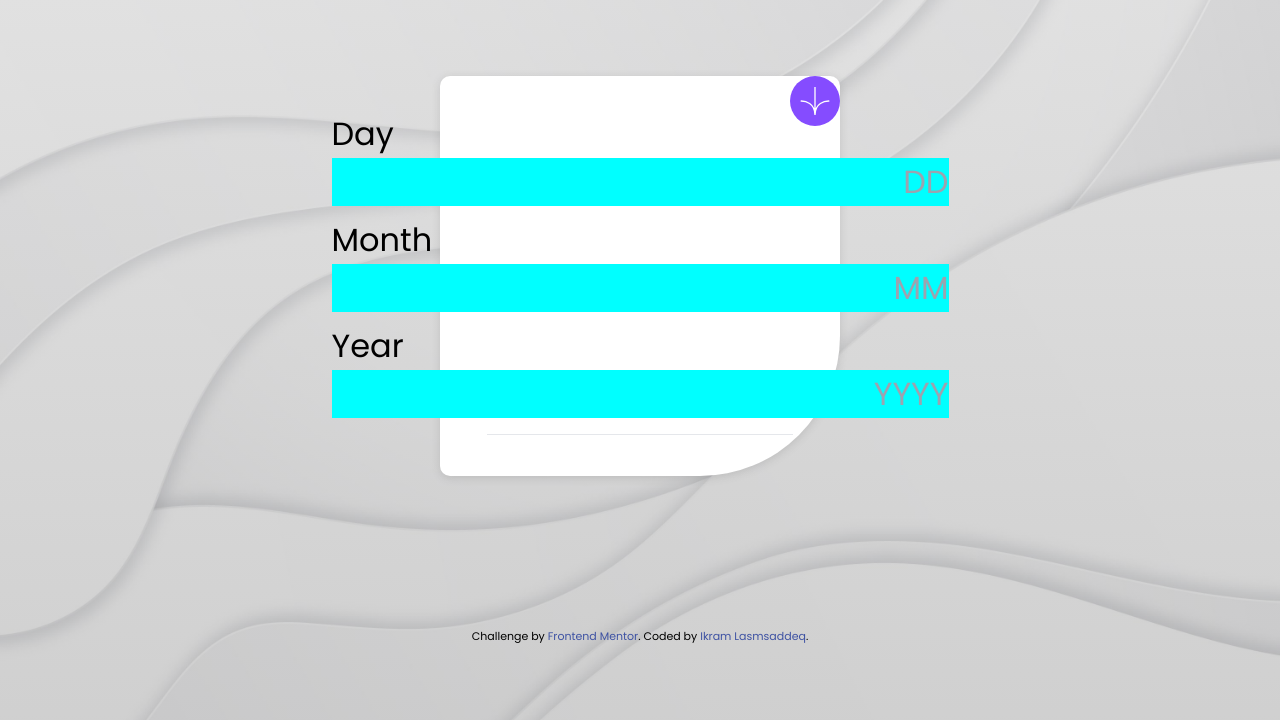
Repository: ikram-lisa/age-display
Page: /
The author's editor kept a copy of each file at every save. The page is drawn from the files as they stood at one save, then again after the next save.
The browser window is 1280 px wide. The pictures show the whole page.
Some web libraries are served in a nearby version. The project was rebuilt for these pictures with package versions that can differ from the ones it lists, and the page was loaded fresh each time.

Above is the page before, as saved 2024-04-30 23:29:49.

After the next save:
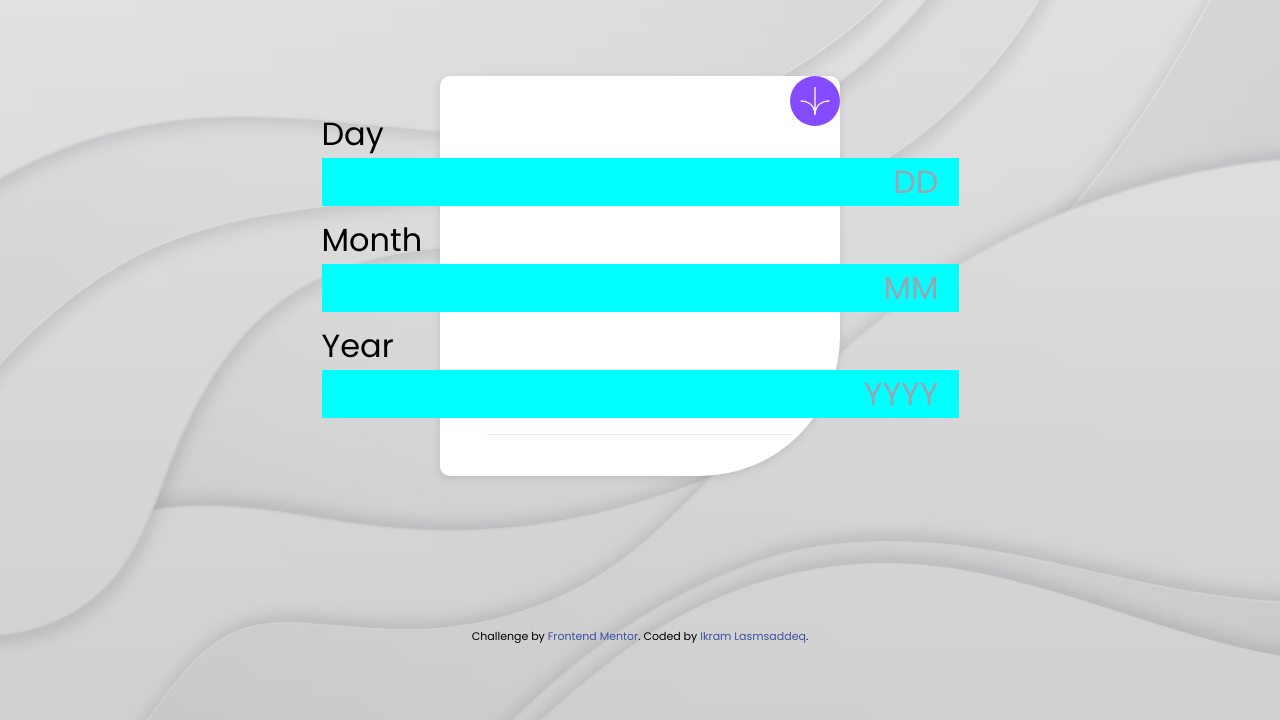
Saved 61 s later.
--- a/css/style.scss
+++ b/css/style.scss
@@ -50,6 +50,7 @@ body {
         text-align: right;
         background-color: aqua;
         margin-bottom: 10px;
+        padding-right: 20px;
       }
     }
   }
